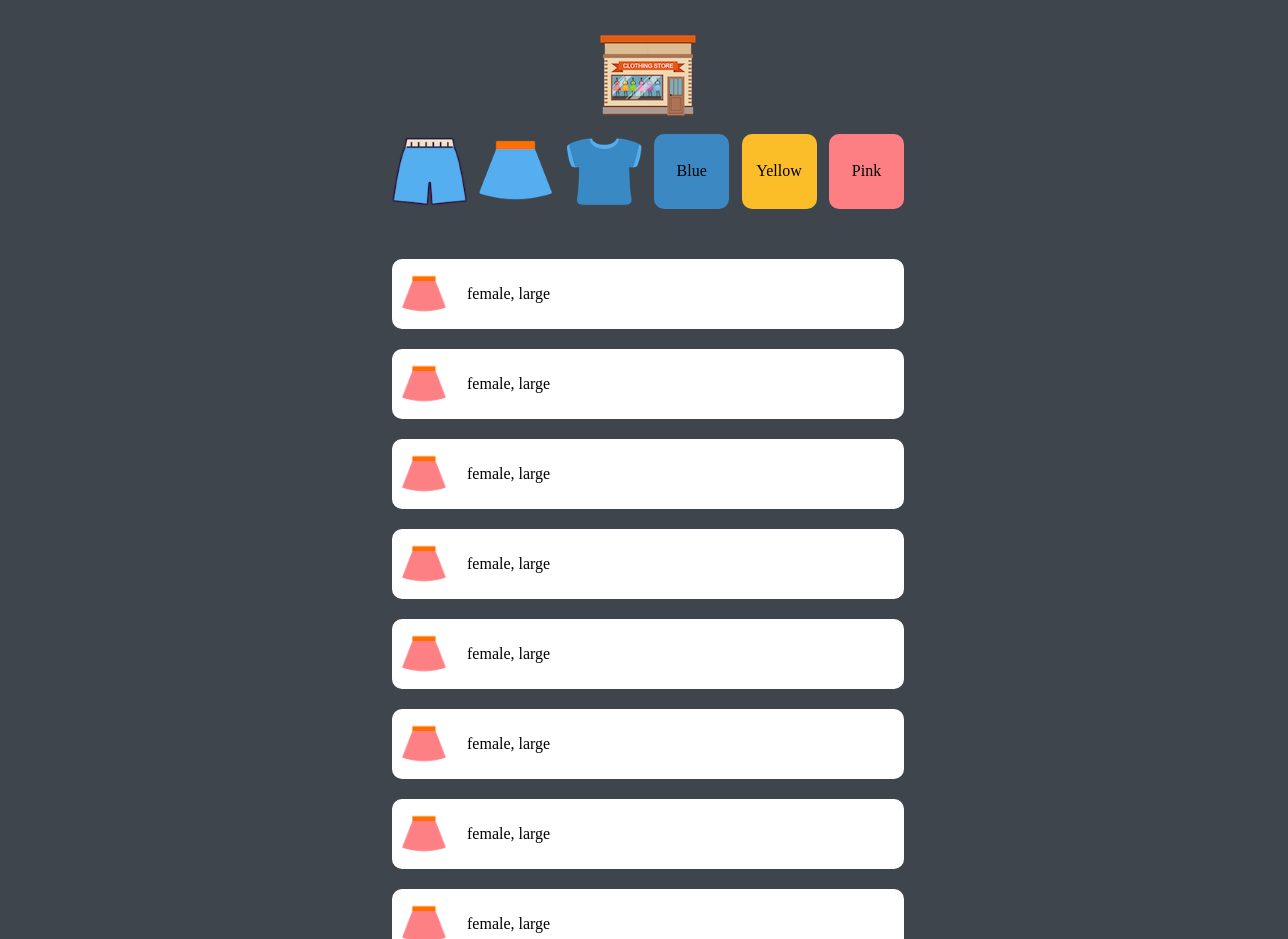
Repository: Jay-JYKim91/elle-shopping-mall
Page: index.html
An editor plug-in stored every save of this project. The page is shown before and after the next save, followed by the edit.
The browser window is 1280 px wide. The page is 1288 px wide, so the pictures cover 1288 px, including what lies to the right of the window. The pictures show the whole page.
An inner scrolling area shows only its first screen.

Above is the page before, as saved 2021-07-26 19:45:45.

After the next save:
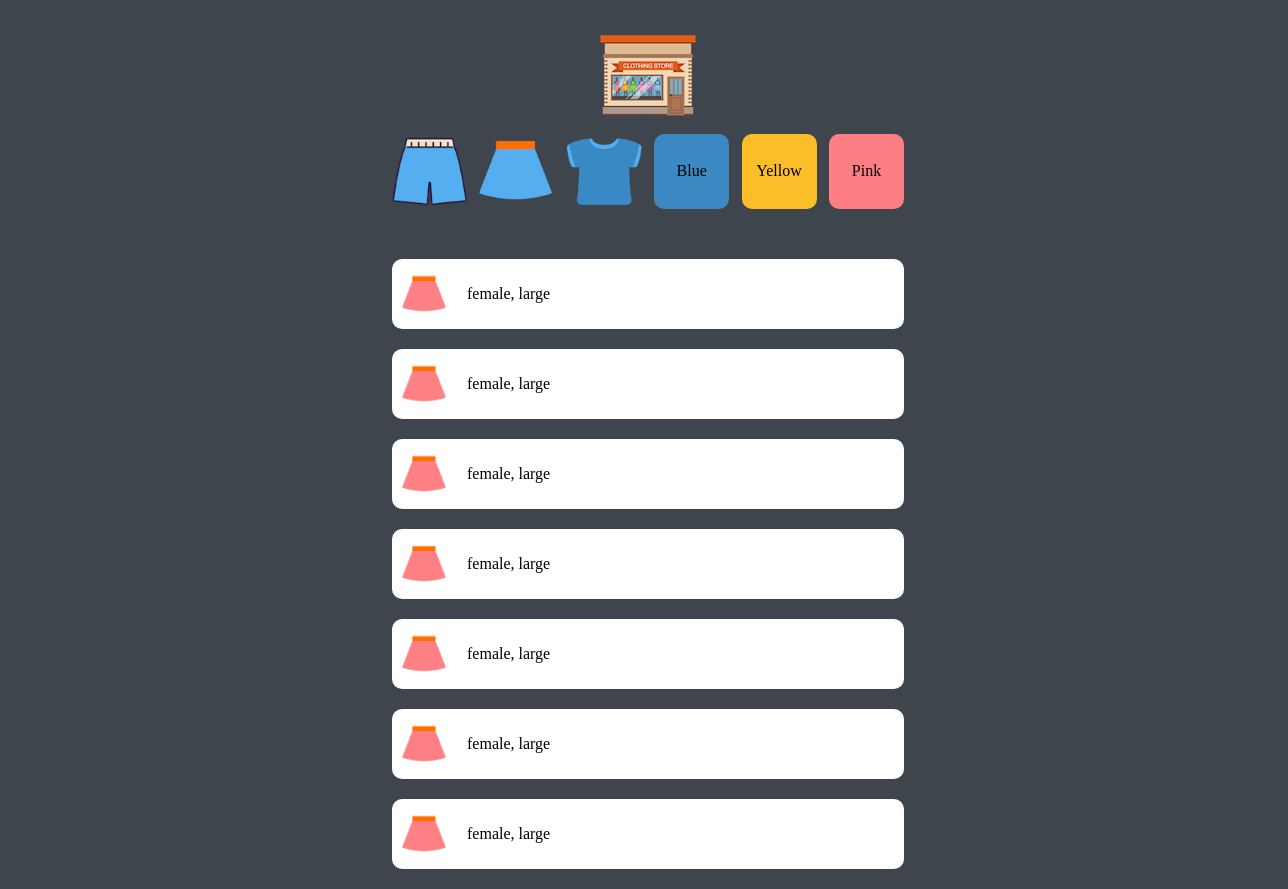
Saved 6 s later.
--- a/style.css
+++ b/style.css
@@ -49,7 +49,7 @@ body {
   background-color: var(--color-pink);
 }
 .lists {
-  height: 700px;
+  height: 650px;
   overflow-y: scroll;
   padding: 0;
   margin-top: 30px;
